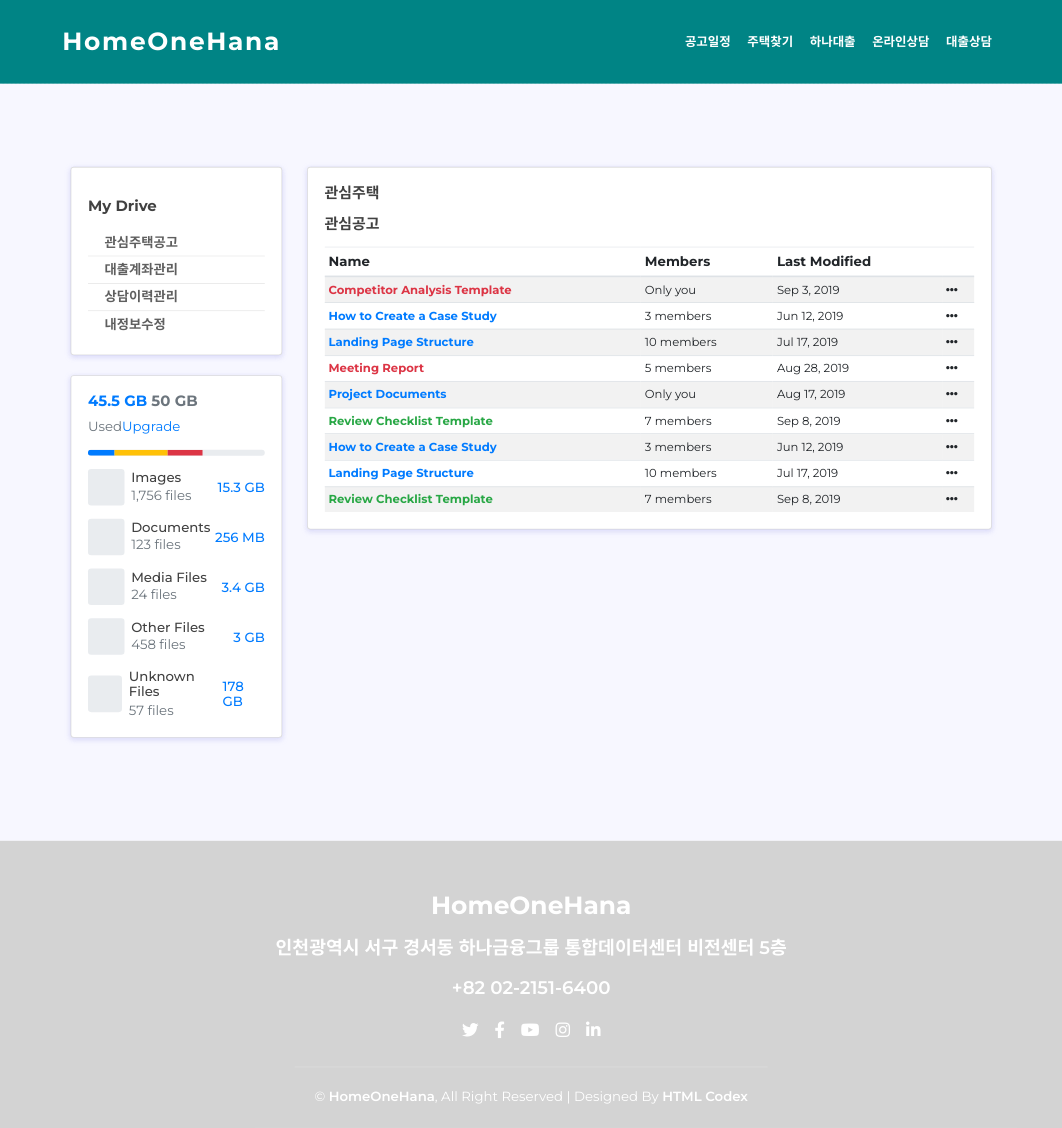
Repository: koposoftware/2021_10_syyoon
Page: http://localhost/HomeOneHana/WEB-INF/jsp/mypage/mypage.jsp
The author's editor kept a copy of each file at every save. The page is drawn from the files as they stood at one save, then again after the next save.
The browser window is 1280 px wide. The pictures show the whole page, at 83% of full size.
Some icons come from a web library that is not loaded, so they are not drawn. Some web libraries are served in a nearby version. The page is served by Tomcat 9. Nobody is signed in. Other server files are loaded and not shown. The template is opened directly, without the code that normally fills it, so the values that code supplies are empty.

Above is the page before, as saved 2021-09-20 08:17:22.

### project/Spring-mvc/HomeOneHana/src/main/webapp/WEB-INF/jsp/mypage/mypage.jsp
<%@ page language="java" contentType="text/html; charset=UTF-8"
    pageEncoding="UTF-8"%>
<%@ taglib prefix="c" uri="http://java.sun.com/jsp/jstl/core" %>
<!DOCTYPE html>
<html>
<head>
<meta charset="UTF-8">
<title>HomeOneHana::마이페이지</title>
<link href="${ pageContext.request.contextPath }/resources/css/top/menubg.css" rel="stylesheet">
<link href="${ pageContext.request.contextPath }/resources/css/mypage/mypage.css" rel="stylesheet">


</head>
<body>
	<header>
		<div class="limiter">
			<div class="container-login100">
				<div class="wrap-login100">
					<jsp:include page="../include/topMenu.jsp" />
				</div>
			</div>
		</div>

	</header>
	<section>
		<div class="body">
		<div class="container">
			<div class="row">
			    <div class="col-12 col-lg-3">
					<div class="card">
						<div class="card-body">

							<h5 class="my-3">My Drive</h5>
							<div class="fm-menu">
								<div class="list-group list-group-flush">
									<a href="javascript:;" class="list-group-item py-1"><i class="bx bx-folder me-2"></i><span>관심주택공고</span></a>
									<a href="javascript:;" class="list-group-item py-1"><i class="bx bx-devices me-2"></i><span>대출계좌관리</span></a>
									<a href="javascript:;" class="list-group-item py-1"><i class="bx bx-analyse me-2"></i><span>상담이력관리</span></a>
									<a href="javascript:;" class="list-group-item py-1"><i class="bx bx-plug me-2"></i><span>내정보수정</span></a>

								</div>
							</div>
						</div>
					</div>
					<div class="card">
						<div class="card-body">
							<h5 class="mb-0 text-primary font-weight-bold">45.5 GB <span class="float-end text-secondary">50 GB</span></h5>
							<p class="mb-0 mt-2"><span class="text-secondary">Used</span><span class="float-end text-primary">Upgrade</span>
							</p>
							<div class="progress mt-3" style="height:7px;">
								<div class="progress-bar" role="progressbar" style="width: 15%" aria-valuenow="15" aria-valuemin="0" aria-valuemax="100"></div>
								<div class="progress-bar bg-warning" role="progressbar" style="width: 30%" aria-valuenow="30" aria-valuemin="0" aria-valuemax="100"></div>
								<div class="progress-bar bg-danger" role="progressbar" style="width: 20%" aria-valuenow="20" aria-valuemin="0" aria-valuemax="100"></div>
							</div>
							<div class="mt-3"></div>
							<div class="d-flex align-items-center">
								<div class="fm-file-box bg-light-primary text-primary"><i class="bx bx-image"></i>
								</div>
								<div class="flex-grow-1 ms-2">
									<h6 class="mb-0">Images</h6>
									<p class="mb-0 text-secondary">1,756 files</p>
								</div>
								<h6 class="text-primary mb-0">15.3 GB</h6>
							</div>
							<div class="d-flex align-items-center mt-3">
								<div class="fm-file-box bg-light-success text-success"><i class="bx bxs-file-doc"></i>
								</div>
								<div class="flex-grow-1 ms-2">
									<h6 class="mb-0">Documents</h6>
									<p class="mb-0 text-secondary">123 files</p>
								</div>
								<h6 class="text-primary mb-0">256 MB</h6>
							</div>
							<div class="d-flex align-items-center mt-3">
								<div class="fm-file-box bg-light-danger text-danger"><i class="bx bx-video"></i>
								</div>
								<div class="flex-grow-1 ms-2">
									<h6 class="mb-0">Media Files</h6>
									<p class="mb-0 text-secondary">24 files</p>
								</div>
								<h6 class="text-primary mb-0">3.4 GB</h6>
							</div>
							<div class="d-flex align-items-center mt-3">
								<div class="fm-file-box bg-light-warning text-warning"><i class="bx bx-image"></i>
								</div>
								<div class="flex-grow-1 ms-2">
									<h6 class="mb-0">Other Files</h6>
									<p class="mb-0 text-secondary">458 files</p>
								</div>
								<h6 class="text-primary mb-0">3 GB</h6>
							</div>
							<div class="d-flex align-items-center mt-3">
								<div class="fm-file-box bg-light-info text-info"><i class="bx bx-image"></i>
								</div>
								<div class="flex-grow-1 ms-2">
									<h6 class="mb-0">Unknown Files</h6>
									<p class="mb-0 text-secondary">57 files</p>
								</div>
								<h6 class="text-primary mb-0">178 GB</h6>
							</div>
						</div>
					</div>
				</div>
				<div class="col-12 col-lg-9">
					<div class="card">
						<div class="card-body">

							<h5>관심주택</h5>
							<div class="row mt-3">
									<c:if test="${not empty favoriteHome }">
									<c:forEach items="${ favoriteHome }" var="home" varStatus="loop">
										<div class="col-12 col-lg-4">
											<div class="card shadow-none border radius-15">
											<div class="card-body">
												<div class="d-flex align-items-center">
													<div class="fm-icon-box radius-15 bg-primary text-white"><i class="lni lni-google-drive"></i>
													</div>
													<div class="ms-auto font-24"><i class="fa fa-ellipsis-h"></i>
													</div>
												</div>
												<h5 class="mt-3 mb-0">${home.rnadres}</h5>
												<p class="mb-1 mt-4"><span>${home.enrolldt}</span><span>${home.insttnm}</span><span class="float-end">${home.suplytynm}</span>
												</p>
											</div>
										</div>
									</div>

									</c:forEach>
									</c:if>
							</div>

							<!--end row-->
							<div class="d-flex align-items-center">
								<div>
									<h5 class="mb-0">관심공고</h5>
								</div>

							</div>
							<div class="table-responsive mt-3">
								<table class="table table-striped table-hover table-sm mb-0">
									<thead>
										<tr>
											<th>Name <i class="bx bx-up-arrow-alt ms-2"></i>
											</th>
											<th>Members</th>
											<th>Last Modified</th>
											<th></th>
										</tr>
									</thead>
									<tbody>
										<tr>
											<td>
												<div class="d-flex align-items-center">
													<div><i class="bx bxs-file-pdf me-2 font-24 text-danger"></i>
													</div>
													<div class="font-weight-bold text-danger">Competitor Analysis Template</div>
												</div>
											</td>
											<td>Only you</td>
											<td>Sep 3, 2019</td>
											<td><i class="fa fa-ellipsis-h font-24"></i>
											</td>
										</tr>
										<tr>
											<td>
												<div class="d-flex align-items-center">
													<div><i class="bx bxs-file me-2 font-24 text-primary"></i>
													</div>
													<div class="font-weight-bold text-primary">How to Create a Case Study</div>
												</div>
											</td>
											<td>3 members</td>
											<td>Jun 12, 2019</td>
											<td><i class="fa fa-ellipsis-h font-24"></i>
											</td>
										</tr>
										<tr>
											<td>
												<div class="d-flex align-items-center">
													<div><i class="bx bxs-file me-2 font-24 text-primary"></i>
													</div>
													<div class="font-weight-bold text-primary">Landing Page Structure</div>
												</div>
											</td>
											<td>10 members</td>
											<td>Jul 17, 2019</td>
											<td><i class="fa fa-ellipsis-h font-24"></i>
											</td>
										</tr>
										<tr>
											<td>
												<div class="d-flex align-items-center">
													<div><i class="bx bxs-file-pdf me-2 font-24 text-danger"></i>
													</div>
													<div class="font-weight-bold text-danger">Meeting Report</div>
												</div>
											</td>
											<td>5 members</td>
											<td>Aug 28, 2019</td>
											<td><i class="fa fa-ellipsis-h font-24"></i>
											</td>
										</tr>
										<tr>
											<td>
												<div class="d-flex align-items-center">
													<div><i class="bx bxs-file me-2 font-24 text-primary"></i>
													</div>
													<div class="font-weight-bold text-primary">Project Documents</div>
												</div>
											</td>
											<td>Only you</td>
											<td>Aug 17, 2019</td>
											<td><i class="fa fa-ellipsis-h font-24"></i>
											</td>
										</tr>
										<tr>
											<td>
												<div class="d-flex align-items-center">
													<div><i class="bx bxs-file-doc me-2 font-24 text-success"></i>
													</div>
													<div class="font-weight-bold text-success">Review Checklist Template</div>
												</div>
											</td>
											<td>7 members</td>
											<td>Sep 8, 2019</td>
											<td><i class="fa fa-ellipsis-h font-24"></i>
											</td>
										</tr>
										<tr>
											<td>
												<div class="d-flex align-items-center">
													<div><i class="bx bxs-file me-2 font-24 text-primary"></i>
													</div>
													<div class="font-weight-bold text-primary">How to Create a Case Study</div>
												</div>
											</td>
											<td>3 members</td>
											<td>Jun 12, 2019</td>
											<td><i class="fa fa-ellipsis-h font-24"></i>
											</td>
										</tr>
										<tr>
											<td>
												<div class="d-flex align-items-center">
													<div><i class="bx bxs-file me-2 font-24 text-primary"></i>
													</div>
													<div class="font-weight-bold text-primary">Landing Page Structure</div>
												</div>
											</td>
											<td>10 members</td>
											<td>Jul 17, 2019</td>
											<td><i class="fa fa-ellipsis-h font-24"></i>
											</td>
										</tr>
										<tr>
											<td>
												<div class="d-flex align-items-center">
													<div><i class="bx bxs-file-doc me-2 font-24 text-success"></i>
													</div>
													<div class="font-weight-bold text-success">Review Checklist Template</div>
												</div>
											</td>
											<td>7 members</td>
											<td>Sep 8, 2019</td>
											<td><i class="fa fa-ellipsis-h font-24"></i>
											</td>
										</tr>
									</tbody>
								</table>
							</div>
						</div>
					</div>
				</div>
			</div>
			</div>
			</div>
	</section>
	<footer>
		<jsp:include page="../include/bottomMenu.jsp" />
	</footer>
</body>
</html>

### project/Spring-mvc/HomeOneHana/src/main/webapp/WEB-INF/jsp/include/topMenu.jsp
<%@ page language="java" contentType="text/html; charset=UTF-8"
    pageEncoding="UTF-8"%>
<%@ taglib prefix="c" uri="http://java.sun.com/jsp/jstl/core" %>

        <meta content="width=device-width, initial-scale=1.0" name="viewport">
        <meta content="Free Website Template" name="keywords">
        <meta content="Free Website Template" name="description">


		<!-- font-awesome icon  -->
		<link href="//maxcdn.bootstrapcdn.com/font-awesome/4.1.0/css/font-awesome.min.css" rel="stylesheet" />

        <!-- Favicon -->
        <!-- <link href="/Practice-Web/Front/img/favicon.ico" rel="icon"> -->

        <!-- Google Font -->
        <link href="https://fonts.googleapis.com/css2?family=Montserrat:wght@300;400;500;600;700&display=swap" rel="stylesheet">
		<link href="https://fonts.googleapis.com/css2?family=Noto+Sans+KR:wght@100&display=swap" rel="stylesheet">

        <!-- CSS Libraries -->
        <link href="https://stackpath.bootstrapcdn.com/bootstrap/4.4.1/css/bootstrap.min.css" rel="stylesheet">
        <link href="https://cdnjs.cloudflare.com/ajax/libs/font-awesome/5.10.0/css/all.min.css" rel="stylesheet">

        <link href="${ pageContext.request.contextPath }/resources/lib/animate/animate.min.css" rel="stylesheet">
        <link href="${ pageContext.request.contextPath }/resources/lib/owlcarousel/assets/owl.carousel.min.css" rel="stylesheet">
        <link href="${ pageContext.request.contextPath }/resources/lib/lightbox/css/lightbox.min.css" rel="stylesheet">



        <!-- Template Stylesheet -->
        <link href="${ pageContext.request.contextPath }/resources/css/style.css" rel="stylesheet">

<!-- Nav Bar Start -->
<div class="navbar navbar-expand-lg bg-light navbar-light">
    <div class="container-fluid">
        <a href="${ pageContext.request.contextPath }/" class="navbar-brand">HomeOneHana</a>
        <button type="button" class="navbar-toggler" data-toggle="collapse" data-target="#navbarCollapse">
            <span class="navbar-toggler-icon"></span>
        </button>

        <div class="collapse navbar-collapse justify-content-between" id="navbarCollapse">
            <div class="navbar-nav ml-auto">
                <!-- <a href="Front/index2.jsp" class="nav-item nav-link active">Home</a> -->
                <a href="${ pageContext.request.contextPath }/schedule" class="nav-item nav-link">공고일정</a>
                <a href="${ pageContext.request.contextPath }/search" class="nav-item nav-link">주택찾기</a>
                <a href="${ pageContext.request.contextPath }/loan" class="nav-item nav-link">하나대출</a>
                <a href="${ pageContext.request.contextPath }/consult/reservation" class="nav-item nav-link">온라인상담</a>
                <a href="${ pageContext.request.contextPath }/loan/review" class="nav-item nav-link">대출상담</a>


                <%--로그인사용자만 접근가능 --%>
                <c:if test="${ not empty sessionScope.loginVO  }">
	               	<a href="${ pageContext.request.contextPath }/logout" class="nav-item nav-link">로그아웃</a>
	                <a href="${ pageContext.request.contextPath }/mypage" class="nav-item nav-link"><i class="fas fa-user-circle fa-3x"></i></a>
                </c:if>

            </div>
        </div>
    </div>
</div>

### project/Spring-mvc/HomeOneHana/src/main/webapp/WEB-INF/jsp/include/bottomMenu.jsp
<%@ page language="java" contentType="text/html; charset=UTF-8"
    pageEncoding="UTF-8"%>
		<!-- Footer Start -->
        <div class="footer wow fadeIn" data-wow-delay="0.3s">
            <div class="container-fluid">
                <div class="container">
                    <div class="footer-info">
                        <h2>HomeOneHana</h2>
                        <h3>인천광역시 서구 경서동 하나금융그룹 통합데이터센터 비전센터 5층</h3>
                        <div class="footer-menu">
                            <p>+82 02-2151-6400</p>
                        </div>
                        <div class="footer-social">
                            <a href=""><i class="fab fa-twitter"></i></a>
                            <a href=""><i class="fab fa-facebook-f"></i></a>
                            <a href=""><i class="fab fa-youtube"></i></a>
                            <a href=""><i class="fab fa-instagram"></i></a>
                            <a href=""><i class="fab fa-linkedin-in"></i></a>
                        </div>
                    </div>
                </div>
                <div class="container copyright">
                    <p>&copy; <a href="#">HomeOneHana</a>, All Right Reserved | Designed By <a href="https://htmlcodex.com">HTML Codex</a></p>
                </div>
            </div>
        </div>
        <!-- Footer End -->


        <!-- Back to top button -->
        <a href="#" class="btn back-to-top"><i class="fa fa-chevron-up"></i></a>


        <!-- Pre Loader -->
        <div id="loader" class="show">
            <div class="loader"></div>
        </div>


		<!-- JavaScript Libraries -->
        <script src="https://code.jquery.com/jquery-3.4.1.min.js"></script>
        <script src="https://stackpath.bootstrapcdn.com/bootstrap/4.4.1/js/bootstrap.bundle.min.js"></script>
        <script src="${ pageContext.request.contextPath }/resources/lib/easing/easing.min.js"></script>
        <script src="${ pageContext.request.contextPath }/resources/lib/wow/wow.min.js"></script>
        <script src="${ pageContext.request.contextPath }/resources/lib/waypoints/waypoints.min.js"></script>
        <script src="${ pageContext.request.contextPath }/resources/lib/typed/typed.min.js"></script>
        <script src="${ pageContext.request.contextPath }/resources/lib/owlcarousel/owl.carousel.min.js"></script>
        <script src="${ pageContext.request.contextPath }/resources/lib/isotope/isotope.pkgd.min.js"></script>
        <script src="${ pageContext.request.contextPath }/resources/lib/lightbox/js/lightbox.min.js"></script>

        <!-- Contact Javascript File -->
        <script src="${ pageContext.request.contextPath }/resources/mail/jqBootstrapValidation.min.js"></script>
        <script src="${ pageContext.request.contextPath }/resources/mail/contact.js"></script>

        <!-- Template Javascript -->
        <script src="${ pageContext.request.contextPath }/resources/js/main.js"></script>

### project/Spring-mvc/HomeOneHana/src/main/webapp/resources/css/top/menubg.css
@charset "UTF-8";


header{
	height:101px;
	background-color:#008485;
}
@media(max-width:992px){
	header{
		height:70px;
	}
}

### project/Spring-mvc/HomeOneHana/src/main/webapp/resources/css/mypage/mypage.css
@charset "UTF-8";



.body{
padding-top:100px;
padding-bottom:100px;
background-color: #f7f7ff;
}
.card {
    position: relative;
    display: flex;
    flex-direction: column;
    min-width: 0;
    word-wrap: break-word;
    background-color: #fff;
    background-clip: border-box;
    border: 0px solid rgba(0, 0, 0, 0);
    border-radius: .25rem;
    margin-bottom: 1.5rem;
    box-shadow: 0 2px 6px 0 rgb(218 218 253 / 65%), 0 2px 6px 0 rgb(206 206 238 / 54%);
}

.card-body h5{
	font-size:18px;
	font-weight:700;
}

.subti{
	font-size:14px;
}

.fm-file-box {
    font-size: 25px;
    background: #e9ecef;
    width: 44px;
    height: 44px;
    display: flex;
    align-items: center;
    justify-content: center;
    border-radius: .25rem;
}
.ms-2 {
    margin-left: .5rem!important;
}

.fm-menu .list-group a {
    font-size: 16px;
    color: #5f5f5f;
    display: flex;
    align-items: center;
}
.list-group-flush>.list-group-item {
    border-width: 0 0 1px;
}
.list-group-item+.list-group-item {
    border-top-width: 0;
}
.py-1 {
	font-weight:700;
    padding-top: .25rem!important;
    padding-bottom: .25rem!important;
}
.list-group-item {
    position: relative;
    display: block;
    padding: .5rem 1rem;
    text-decoration: none;
    background-color: #fff;
    border: 1px solid rgba(0, 0, 0, .125);
}

.radius-15 {
    border-radius: 15px;
}
.fm-icon-box {
    font-size: 32px;
    background: #ffffff;
    width: 52px;
    height: 52px;
    display: flex;
    align-items: center;
    justify-content: center;
    border-radius: .25rem;
}
.font-24 {
    font-size: 24px;
}
.ms-auto {
    margin-left: auto!important;
}
.font-30 {
    font-size: 30px;
}
.user-groups img {
    margin-left: -14px;
    border: 1px solid #e4e4e4;
    padding: 2px;
    cursor: pointer;
}

.rounded-circle {
    border-radius: 50%!important;
}

/*
		현재진행중인 대출
*/

.loanbox{
	margin-top:5px;
	margin-bottom:5px;
}
.loan-finishBox{
	background-color:#000;
}
.loan-acceptBox{
	background-color:#008485;
}

.loan-rejectBox{
	background-color:#e90061;
}

.loan-reviewBox{
	background-color:#b5b5b5;
}

.loanname{
	font-weight:700;
}

.loandate{
	font-size:12px;
}

.loanstatus{
	text-align:center;
	font-weight:700;
	color:#fff;
	font-size:10px;
	margin-bottom:0px;
}

th{
	text-align:center;
}
td{
	font-size:14px;
}

Loaded but not shown: project/Spring-mvc/HomeOneHana/src/main/webapp/resources/lib/animate/animate.min.css (library); project/Spring-mvc/HomeOneHana/src/main/webapp/resources/lib/owlcarousel/assets/owl.carousel.min.css (common file); project/Spring-mvc/HomeOneHana/src/main/webapp/resources/lib/lightbox/css/lightbox.min.css (common file); project/Spring-mvc/HomeOneHana/src/main/webapp/resources/lib/easing/easing.min.js (common file); project/Spring-mvc/HomeOneHana/src/main/webapp/resources/lib/wow/wow.min.js (library); project/Spring-mvc/HomeOneHana/src/main/webapp/resources/lib/waypoints/waypoints.min.js (library); project/Spring-mvc/HomeOneHana/src/main/webapp/resources/lib/typed/typed.min.js (library); project/Spring-mvc/HomeOneHana/src/main/webapp/resources/lib/owlcarousel/owl.carousel.min.js (library); project/Spring-mvc/HomeOneHana/src/main/webapp/resources/lib/isotope/isotope.pkgd.min.js (library); project/Spring-mvc/HomeOneHana/src/main/webapp/resources/lib/lightbox/js/lightbox.min.js (library); project/Spring-mvc/HomeOneHana/src/main/webapp/resources/mail/jqBootstrapValidation.min.js (library); project/Spring-mvc/HomeOneHana/src/main/webapp/resources/js/main.js (108 lines, source omitted); project/Spring-mvc/HomeOneHana/src/main/webapp/resources/mail/contact.js (65 lines, source omitted); project/Spring-mvc/HomeOneHana/src/main/webapp/resources/css/style.css (1648 lines, source omitted)

After the next save:
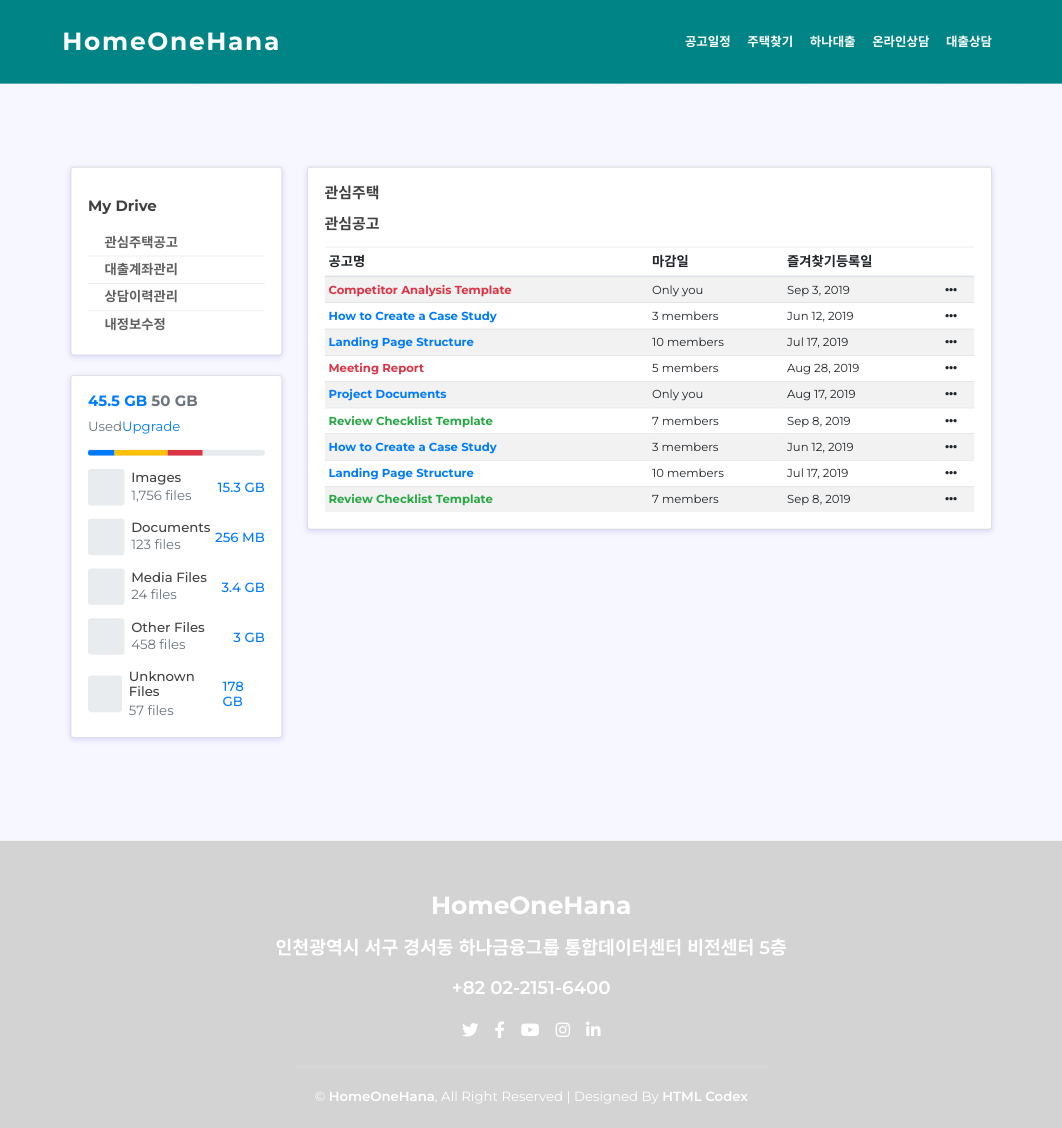
Saved 2 min 12 s later.
--- a/project/Spring-mvc/HomeOneHana/src/main/webapp/WEB-INF/jsp/mypage/mypage.jsp
+++ b/project/Spring-mvc/HomeOneHana/src/main/webapp/WEB-INF/jsp/mypage/mypage.jsp
@@ -140,10 +140,10 @@
 								<table class="table table-striped table-hover table-sm mb-0">
 									<thead>
 										<tr>
-											<th>Name <i class="bx bx-up-arrow-alt ms-2"></i>
+											<th>공고명 <i class="bx bx-up-arrow-alt ms-2"></i>
 											</th>
-											<th>Members</th>
-											<th>Last Modified</th>
+											<th>마감일</th>
+											<th>즐겨찾기등록일</th>
 											<th></th>
 										</tr>
 									</thead>
